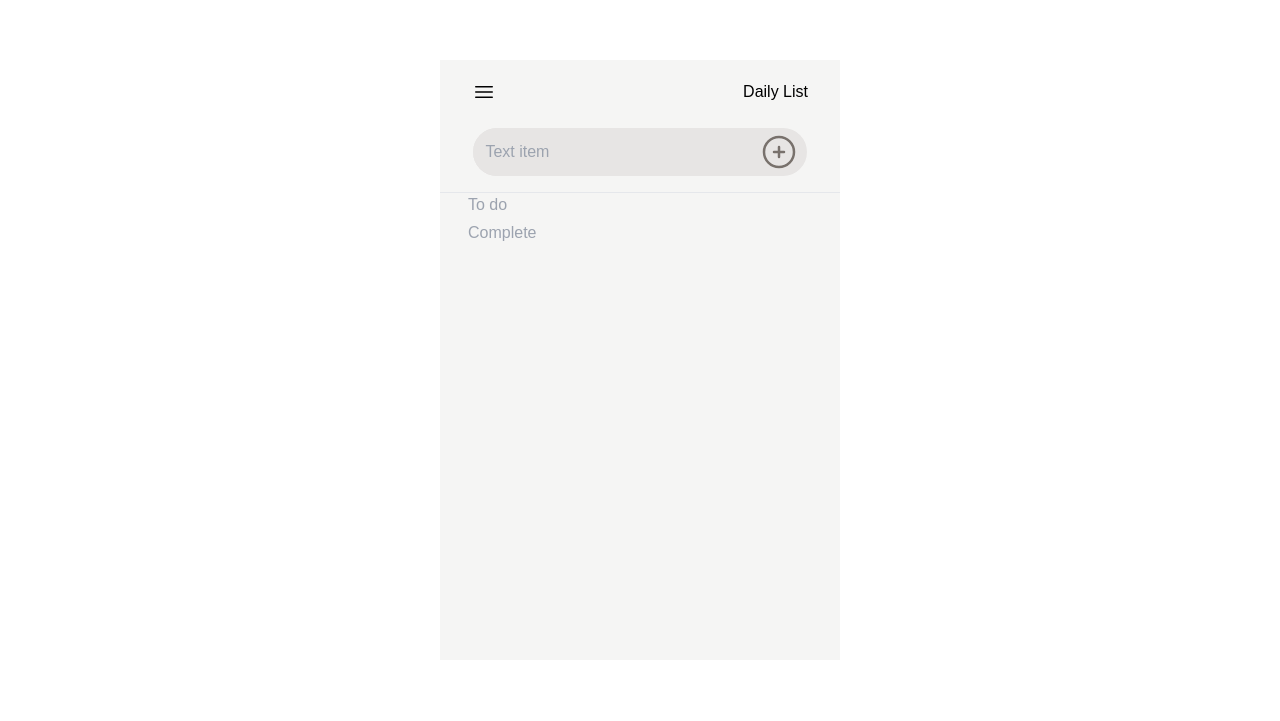
Repository: hsumyatm7308/TodolistbyPHP
Page: http://localhost/
An editor plug-in stored every save of this project. The page is shown before and after the next save, followed by the edit.
The browser window is 1280 px wide. The pictures show the whole page.
Some web libraries are served in a nearby version. The page is run by PHP 8.4 with error messages shown; the project is at /var/www/html/. Queries for data that is not in the repository find no rows.

Above is the page before, as saved 2023-07-12 15:31:46.

After the next save:
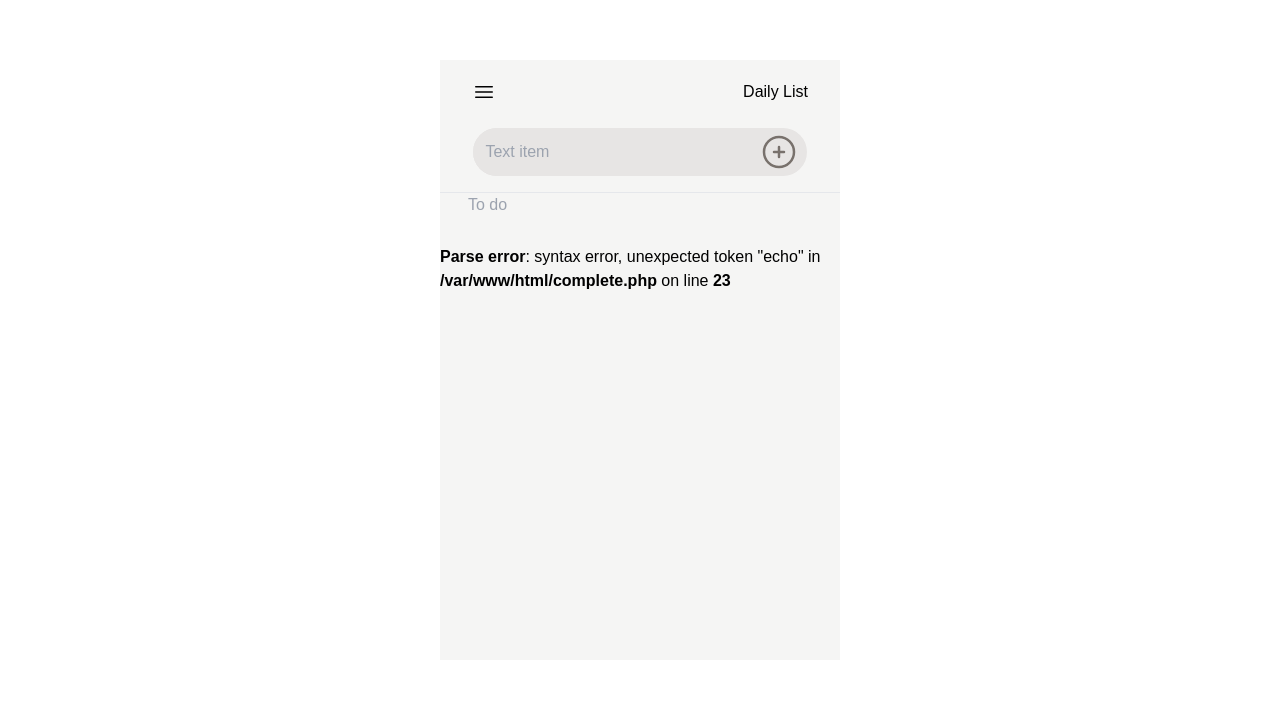
Saved 3 min 35 s later.
--- a/complete.php
+++ b/complete.php
@@ -18,6 +18,8 @@
         $insertStmt->bindParam(":todoid", $comid);
         $insertStmt->execute();
 
+        $delstmt = $conn->prepare("DELETE ")
+
         echo "Task completed and inserted into completed_tasks table.";
     } catch (Exception $e) {
         echo "Error: " . $e->getMessage();

After the save that followed:
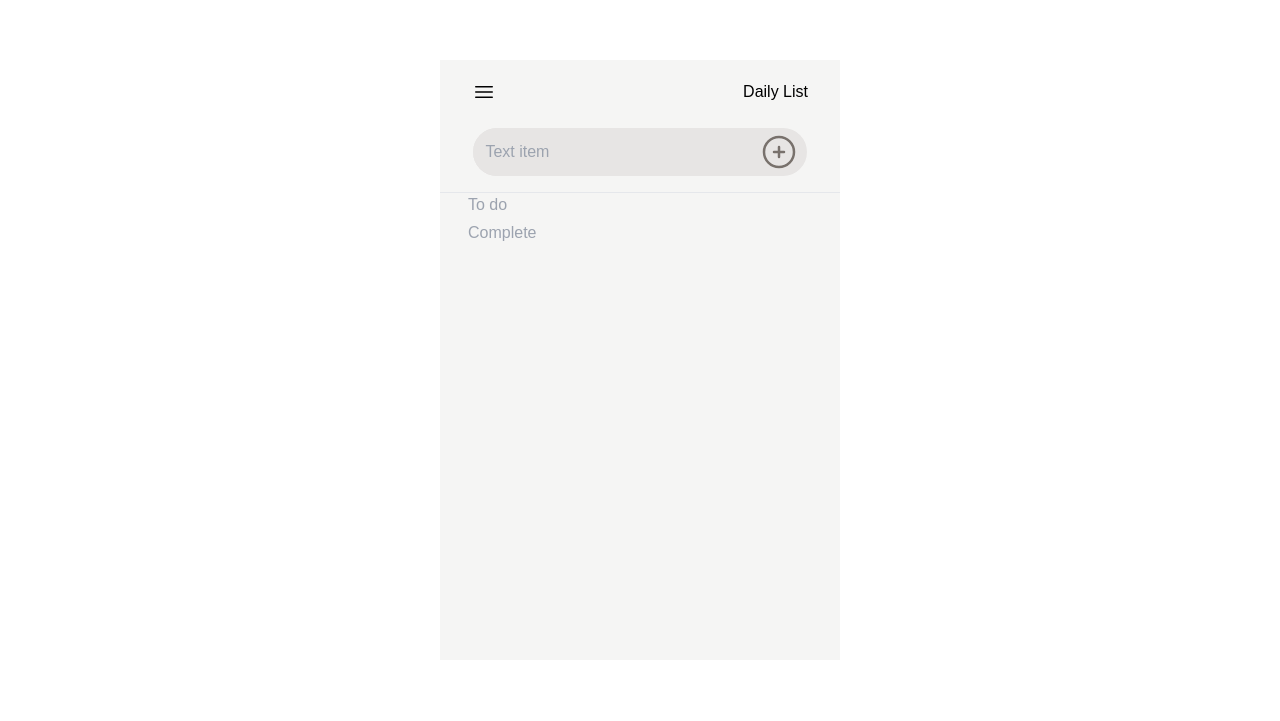
Saved 21 s later.
--- a/complete.php
+++ b/complete.php
@@ -18,7 +18,7 @@
         $insertStmt->bindParam(":todoid", $comid);
         $insertStmt->execute();
 
-        $delstmt = $conn->prepare("DELETE ")
+        $delestmt = $conn->prepare("DELETE FROM todolist WHERE id = :delid");
 
         echo "Task completed and inserted into completed_tasks table.";
     } catch (Exception $e) {
